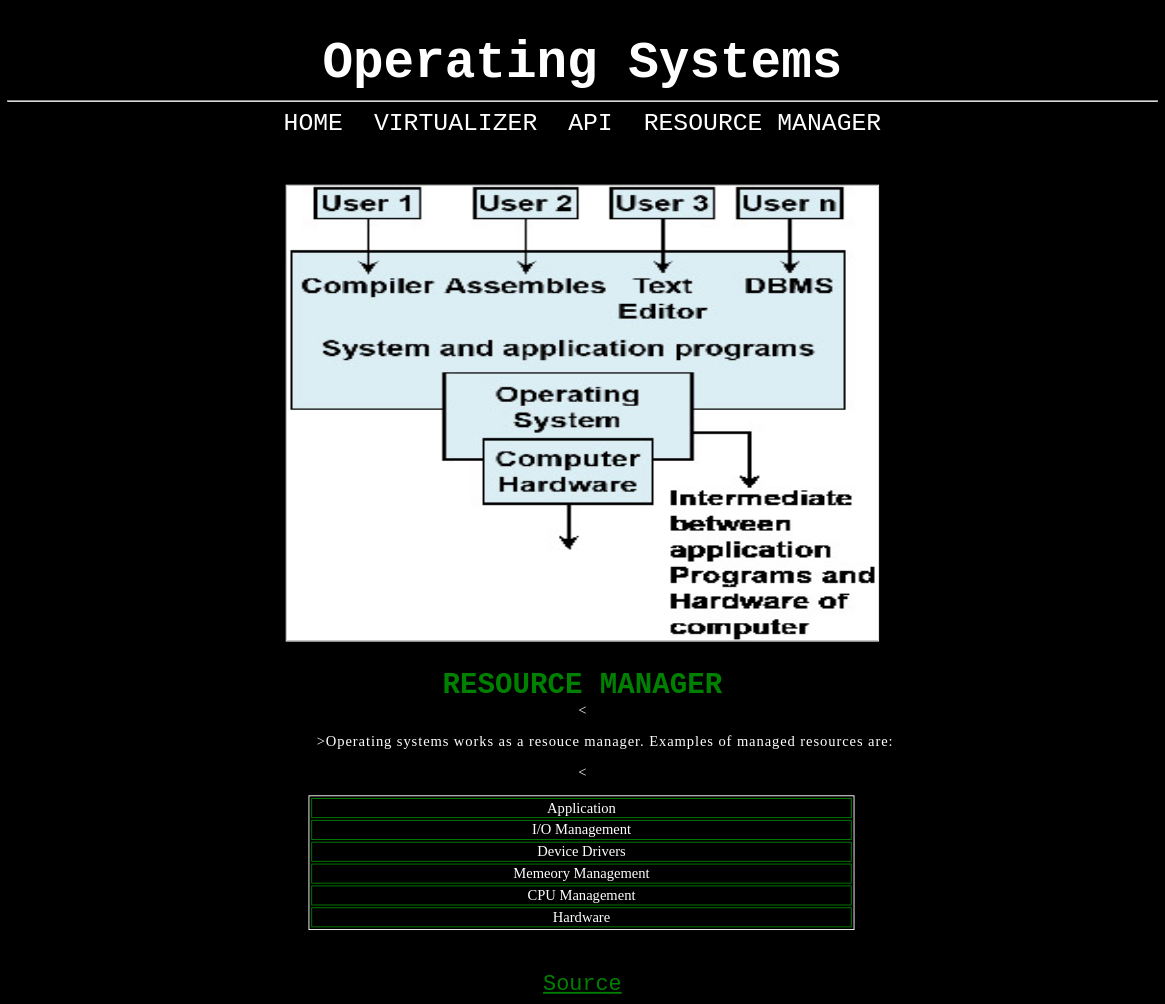
Repository: ctm93/web2
Page: http://localhost/page4.php
The author's editor kept a record of every edit. The page is drawn from the files as they stood at one moment, then again after the next edit.
The browser window is 1280 px wide. The pictures show the whole page, at 91% of full size.
Some web fonts or font styles are not loaded; a fallback is used. The page is run by PHP 8.4 with error messages shown; the project is at /var/www/html/.

Above is the page before.

After the next edit:
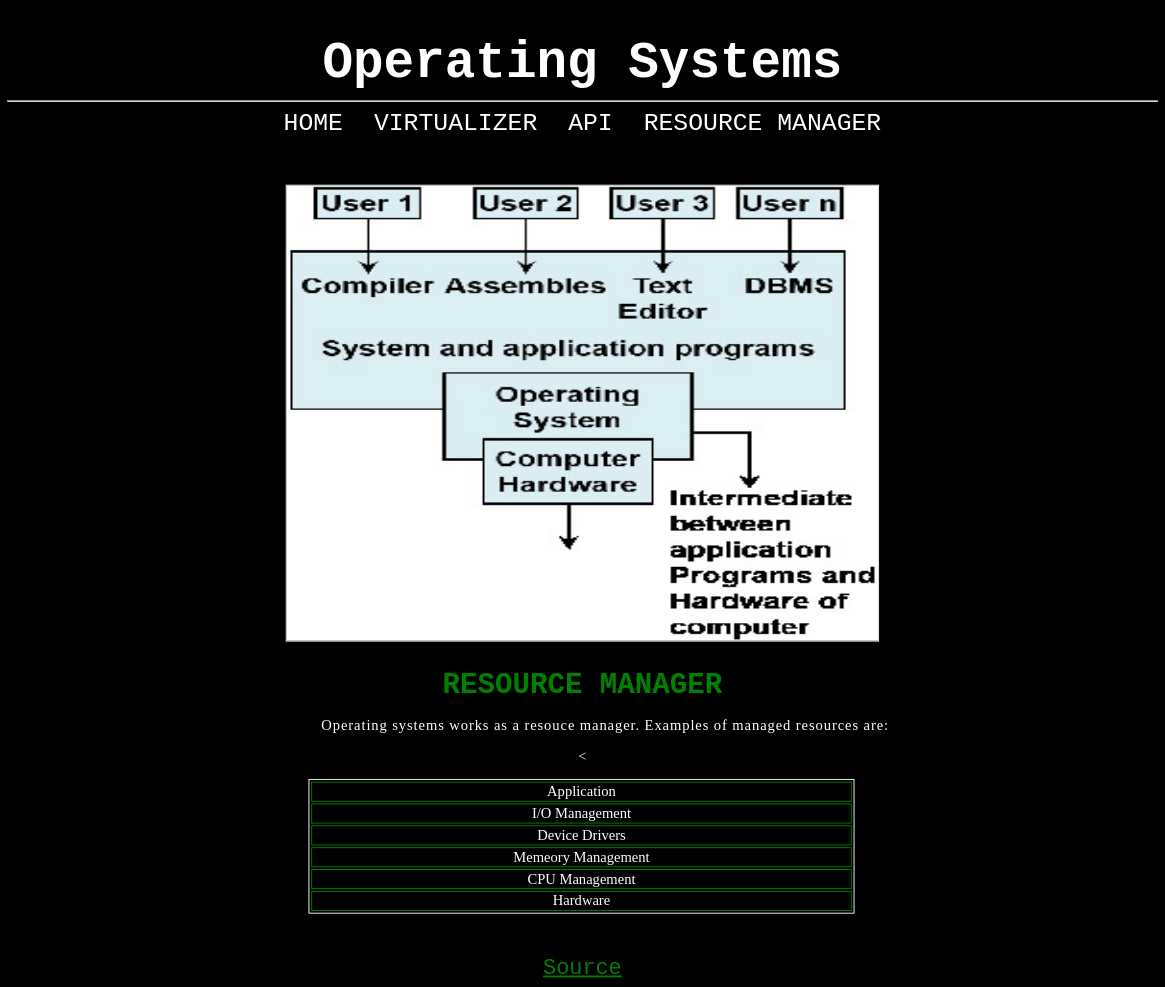
The edit:
--- a/page4.php
+++ b/page4.php
@@ -32,7 +32,7 @@
 
                 <h2>RESOURCE MANAGER</h2>
 
-                <<p class ="p2">>Operating systems works as a resouce manager. Examples of managed resources are:</p>
+                <p class ="p2">Operating systems works as a resouce manager. Examples of managed resources are:</p>
 
             <<p class ="p3">
                 <table>
